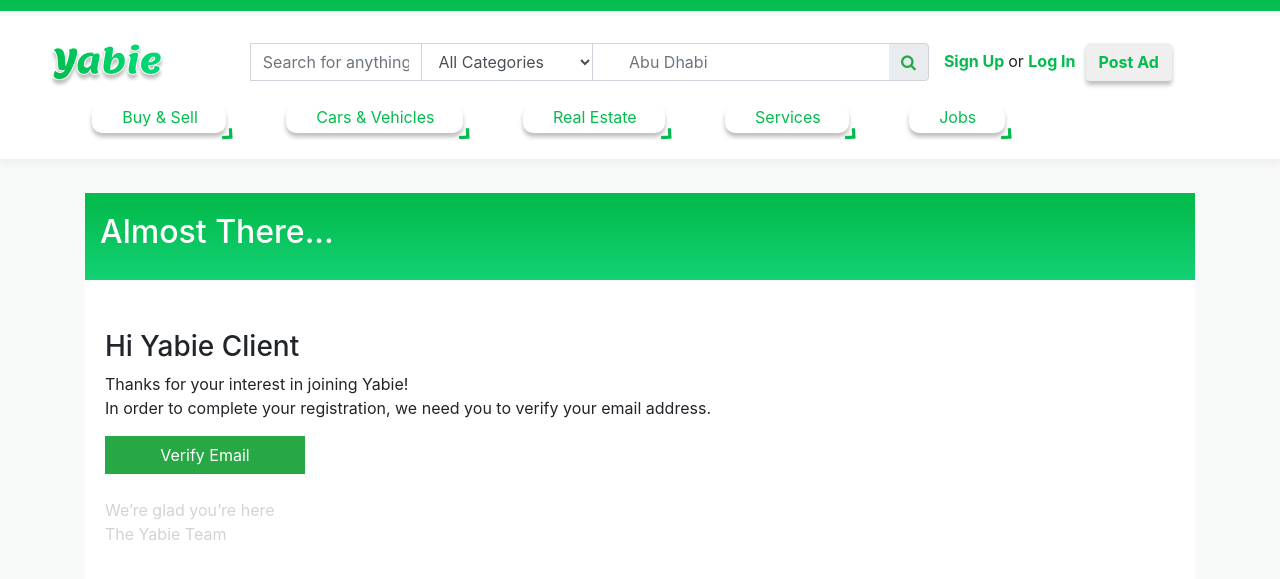
Repository: muazzamkha95/yabie
Page: forgot-password.html
An editor plug-in stored every save of this project. The page is shown before and after the next save, followed by the edit.
The browser window is 1280 px wide. The pictures show the whole page.

Above is the page before, as saved 2020-07-09 15:49:29.
Console error: TypeError: Cannot read properties of undefined (reading 'fn')

After the next save:
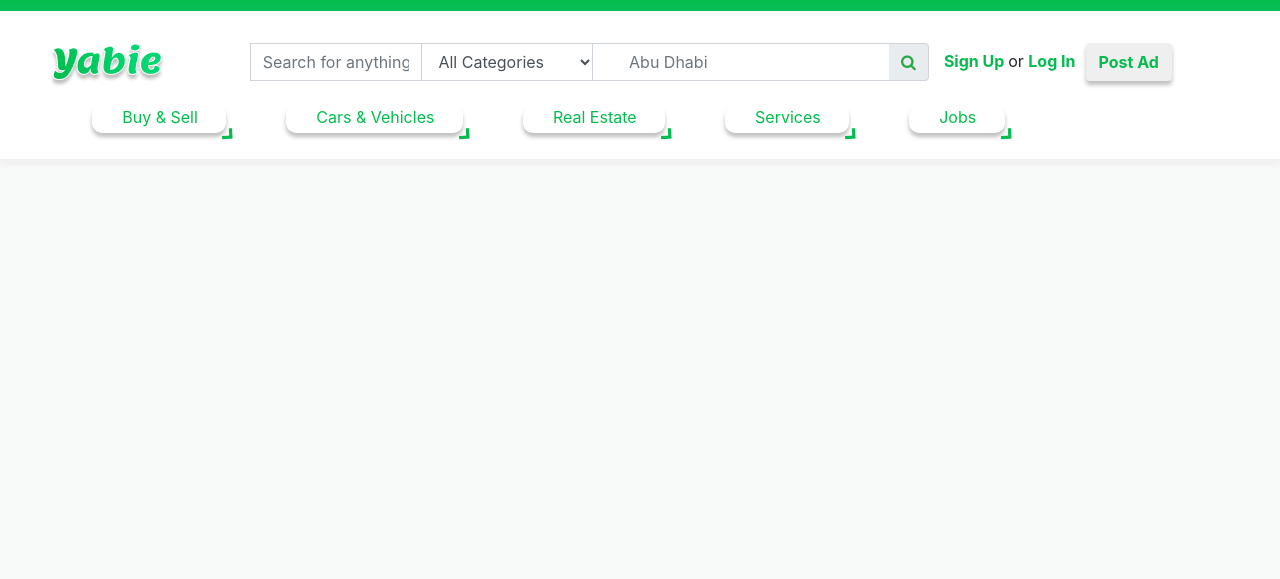
Saved 14 s later.
--- a/forgot-password.html
+++ b/forgot-password.html
@@ -64,25 +64,6 @@
         <main  role="main" class="mainSection">
             <div class="container" >
 
-                <div class="col-md-12 confirm-head">
-                    <h2 >Almost There...</h2>
-                </div>
-                <div class="col-md-12 confirm-body">
-                    <h3>
-                        Hi Yabie Client
-                    </h3>
-                    <p>
-                        Thanks for your interest in joining Yabie!<br/> In order to complete your registration, we need you to verify your email address.
-                    </p>
-                    <button class="btn btn-success" style="width: 200px; text-align: center; border-radius: 0%;">Verify Email</button>
-                    <br/>
-                    <br/>
-                    <p class="light-text">
-                        We’re glad you’re here <br/>The Yabie Team
-                    </p>
-                </div>
-
-
             </div>
 
         </main>
